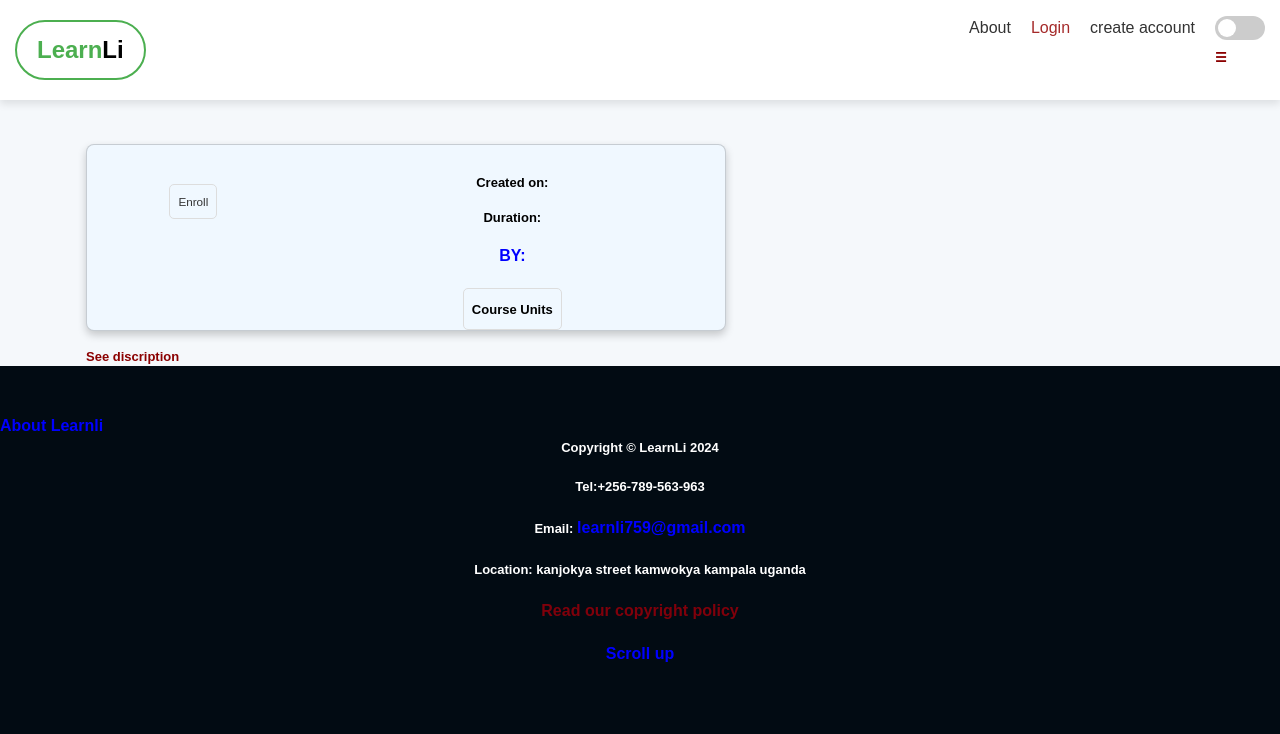
Repository: Learnli23/Learnli
Page: Learnli/Works/templates/course_details.html
The author's editor kept a copy of each file at every save. The page is drawn from the files as they stood at one save, then again after the next save.
The browser window is 1280 px wide. The pictures show the whole page.
The template is drawn by Django 2.2. The application's start-up code is not run. The template is opened directly, without the code that normally fills it, so the values that code supplies are empty.

Above is the page before, as saved 2024-12-04 21:49:10.

After the next save:
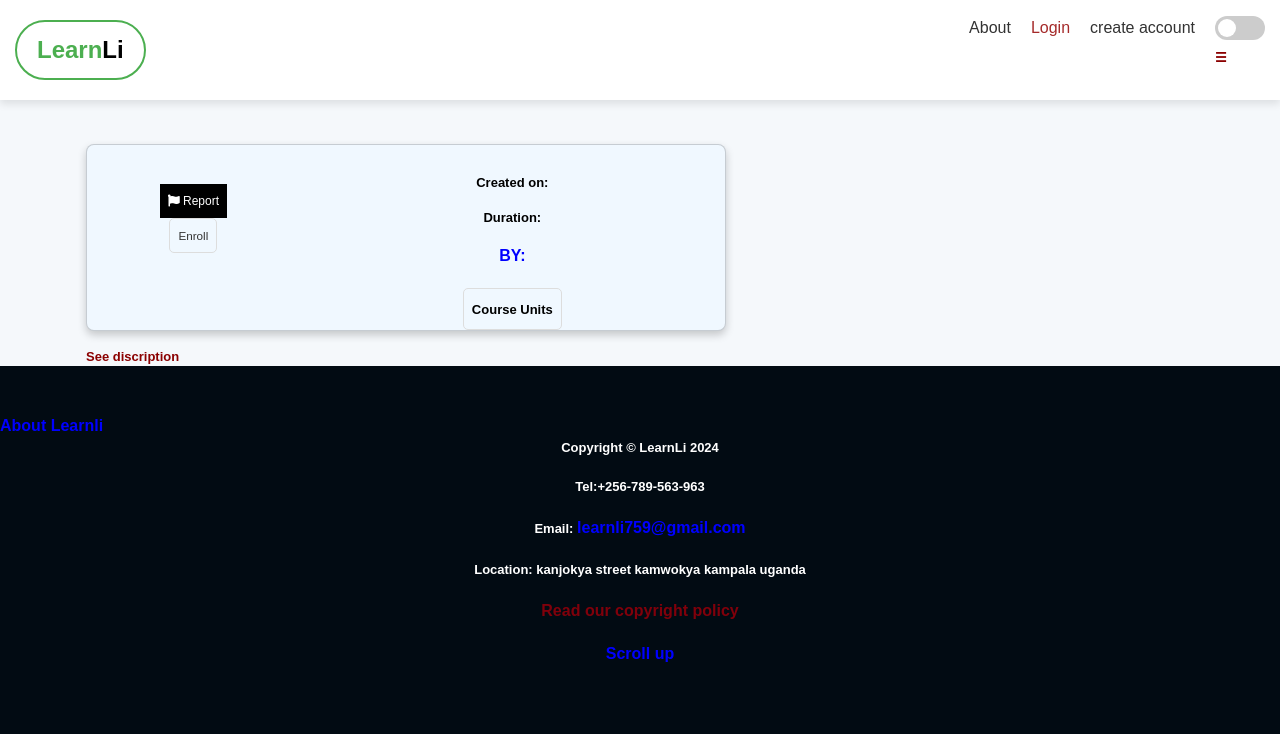
Saved 107 s later.
--- a/Learnli/Works/templates/course_details.html
+++ b/Learnli/Works/templates/course_details.html
@@ -9,6 +9,15 @@
         <img src="{{course.image.url }}"  alt ="" width="225" height="300" class="d-inline-block align-text-top" >
        {% endif %}
         <br/><br/>
+
+
+ <!-- blogs/templates/blog_detail.html -->
+ <form action="{% url 'report_content' content_type_id=blog_content_type.id object_id=post.id %}" method="post">
+  {% csrf_token %}
+  <button type="submit" class="report-btn">
+    <i class="fas fa-flag"></i> Report
+  </button>
+</form>
 
 
         <!--form to Enroll or un Enroll from a course-->
